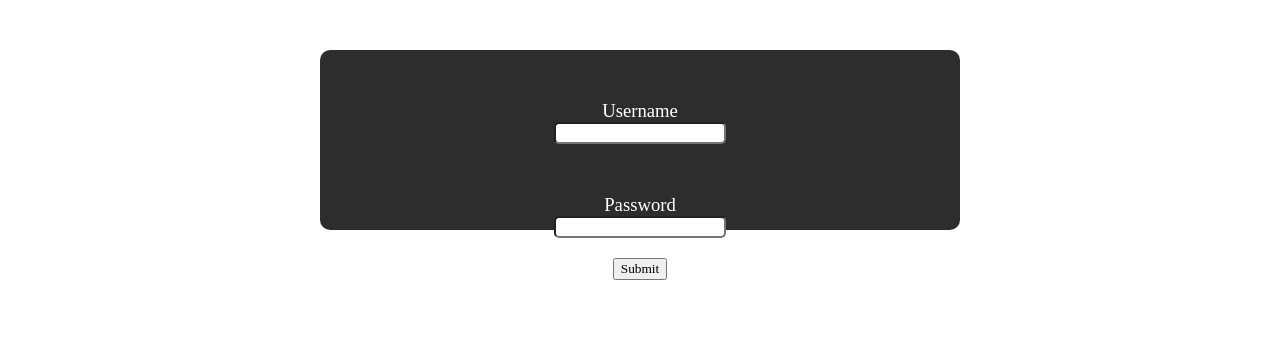
Repository: rdf004/playfab_blackjack
Page: /
The author's editor kept a copy of each file at every save. The page is drawn from the files as they stood at one save, then again after the next save.
The browser window is 1280 px wide. The pictures show the whole page.
Some web fonts or font styles are not loaded; a fallback is used. The project was rebuilt for these pictures with package versions that can differ from the ones it lists, and the page was loaded fresh each time. Also part of the build but not shown: src/Components/App.js.

Above is the page before, as saved 2020-05-07 20:28:09.

After the next save:
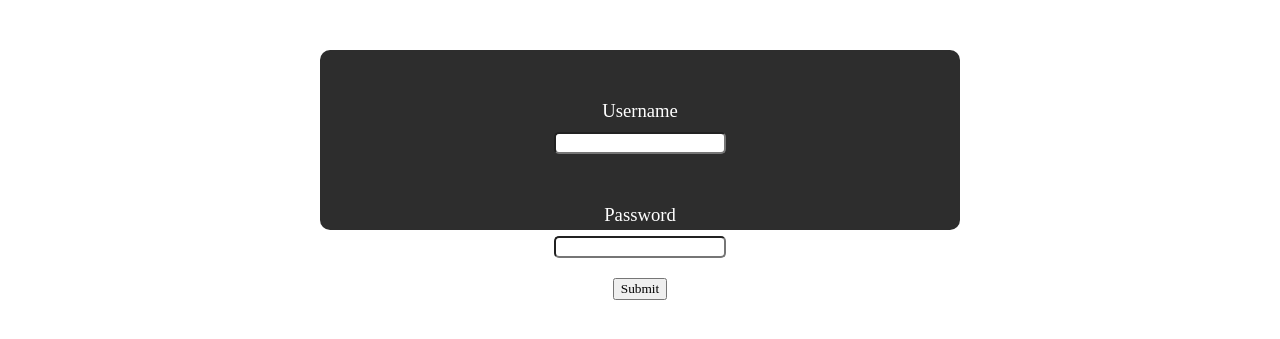
Saved 4 s later.
--- a/src/Style/style.css
+++ b/src/Style/style.css
@@ -37,7 +37,7 @@
 }
 
 .login-field {
-    margin: 0;
+    margin: 10px;
     font-size: 14pt;
 }
 
